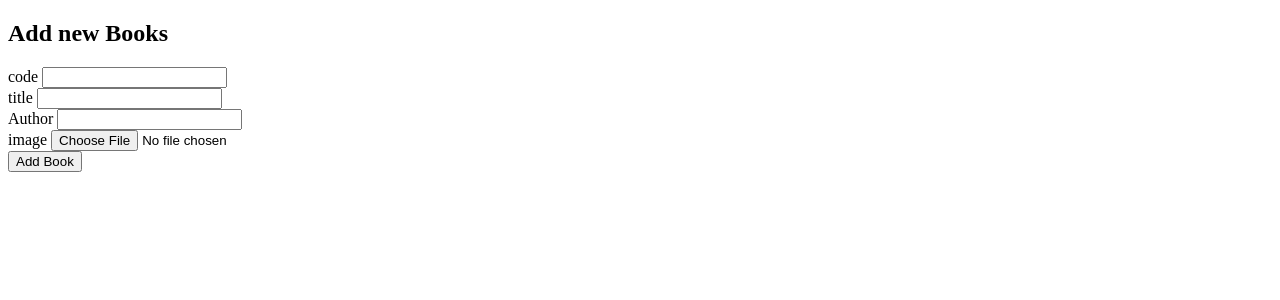
Repository: IT20122614/libraryManagementSystem
Page: http://localhost/Library_Management_System/addbook.jsp
These files come from the project's save history. The page is drawn as it stood at one moment and after the next save; the edit follows.
The browser window is 1280 px wide. The pictures show the whole page.
The page is served by Tomcat 9. Other server files are loaded and not shown.

Above is the page before, as saved 2021-11-15 21:47:52.

### Library_Management_System/src/main/webapp/addbook.jsp
<%@ page language="java" contentType="text/html; charset=ISO-8859-1"
    pageEncoding="ISO-8859-1"%>
<!DOCTYPE html>
<html>
<head>
<meta charset="ISO-8859-1">
<title>Insert title here</title>
</head>
<body>

<h2>Add new Books</h2>
<form action="newbook" method="post">
code
	<input type="text" name="bcode" id="code"><br>
title
	<input type="text" name="title" id="title"><br>
Author
	<input type="text" name="author" id="author"><br>
image
	<input type="file" name="photo" id="photo"><br>

	<input type="submit" name="submit" value="Add Book">
</form>

</body>
</html>

After the next save:
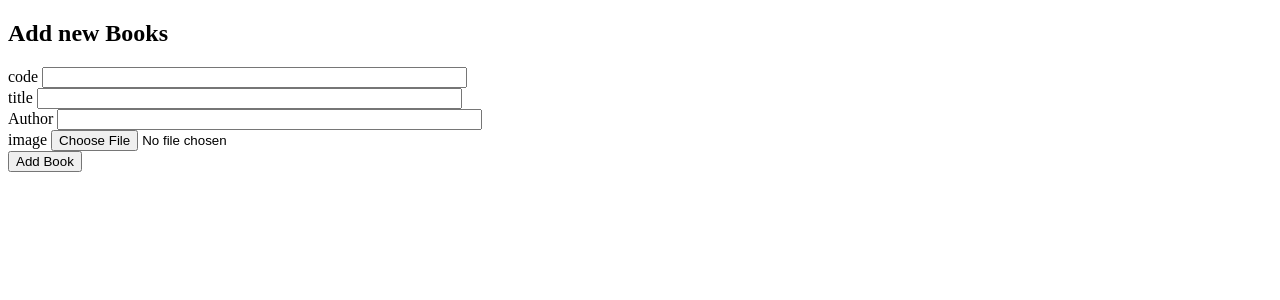
Saved 2 min 7 s later.
--- a/Library_Management_System/src/main/webapp/addbook.jsp
+++ b/Library_Management_System/src/main/webapp/addbook.jsp
@@ -11,13 +11,13 @@
 <h2>Add new Books</h2>
 <form action="newbook" method="post">
 code
-	<input type="text" name="bcode" id="code"><br>
+	<input type="text" name="bcode" id="code" size="50"><br>
 title
-	<input type="text" name="title" id="title"><br>
+	<input type="text" name="title" id="title" size="50"><br>
 Author
-	<input type="text" name="author" id="author"><br>
+	<input type="text" name="author" id="author" size="50"><br>
 image
-	<input type="file" name="photo" id="photo"><br>
+	<input type="file" name="photo" id="photo" size="50"><br>
 
 	<input type="submit" name="submit" value="Add Book">
 </form>
